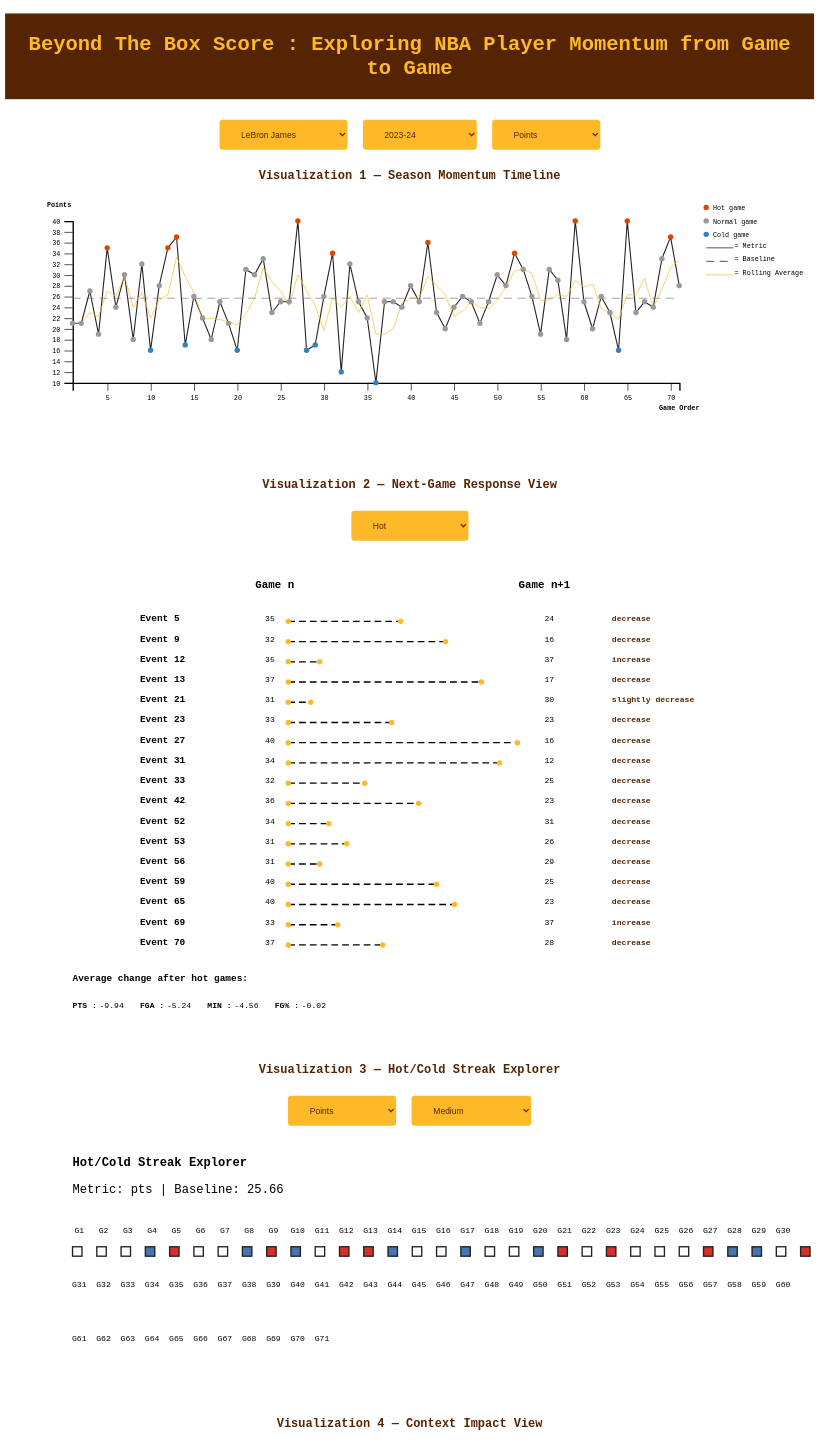
Repository: houdafatih/Data-Viz-Project
Page: index.html
The author's editor kept a copy of each file at every save. The page is drawn from the files as they stood at one save, then again after the next save.
The browser window is 1280 px wide. The pictures show the whole page, at 64% of full size.

Above is the page before, as saved 2026-06-21 02:46:22.

After the next save:
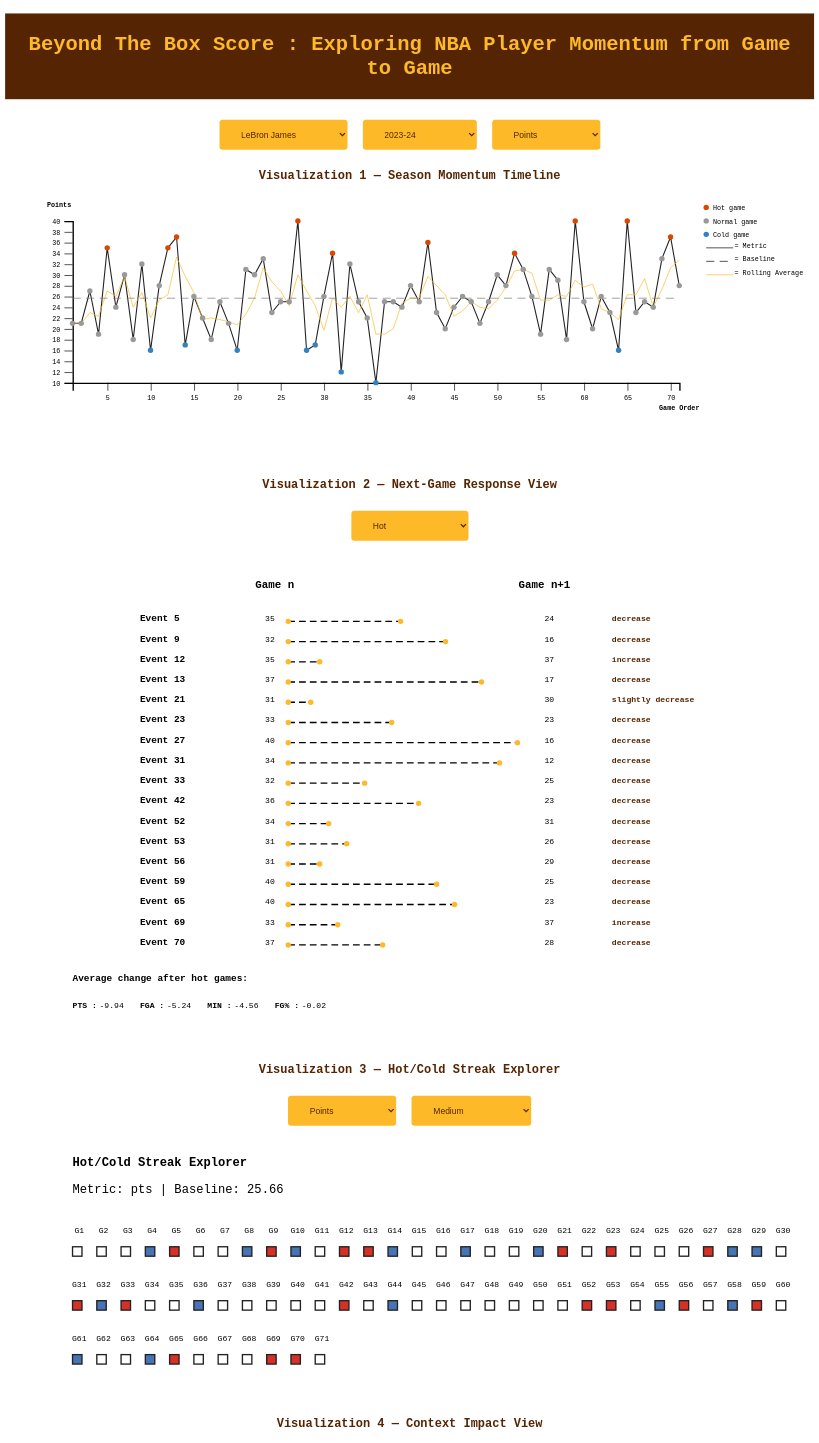
Saved 58 s later.
--- a/scripts/visualization3.js
+++ b/scripts/visualization3.js
@@ -84,7 +84,8 @@
 }
 
 function addCells(svg, classification,canvas,scale){
+    const num = 30
     svg.selectAll(".game-cell").data(classification).enter().append("rect").attr("class","game-cell")
-    .attr("x",(d,j) => canvas.margin.left + j * 18).attr("y",85).attr("width",7).attr("height",7)
+    .attr("x",(d,j) => canvas.margin.left + (j%num) * 18).attr("y",(d,j) => 85 + (Math.floor(j/num))*40).attr("width",7).attr("height",7)
     .attr("fill",d => scale(d.perf_label)).attr("stroke","#222").attr("stroke-width",1)
 }
